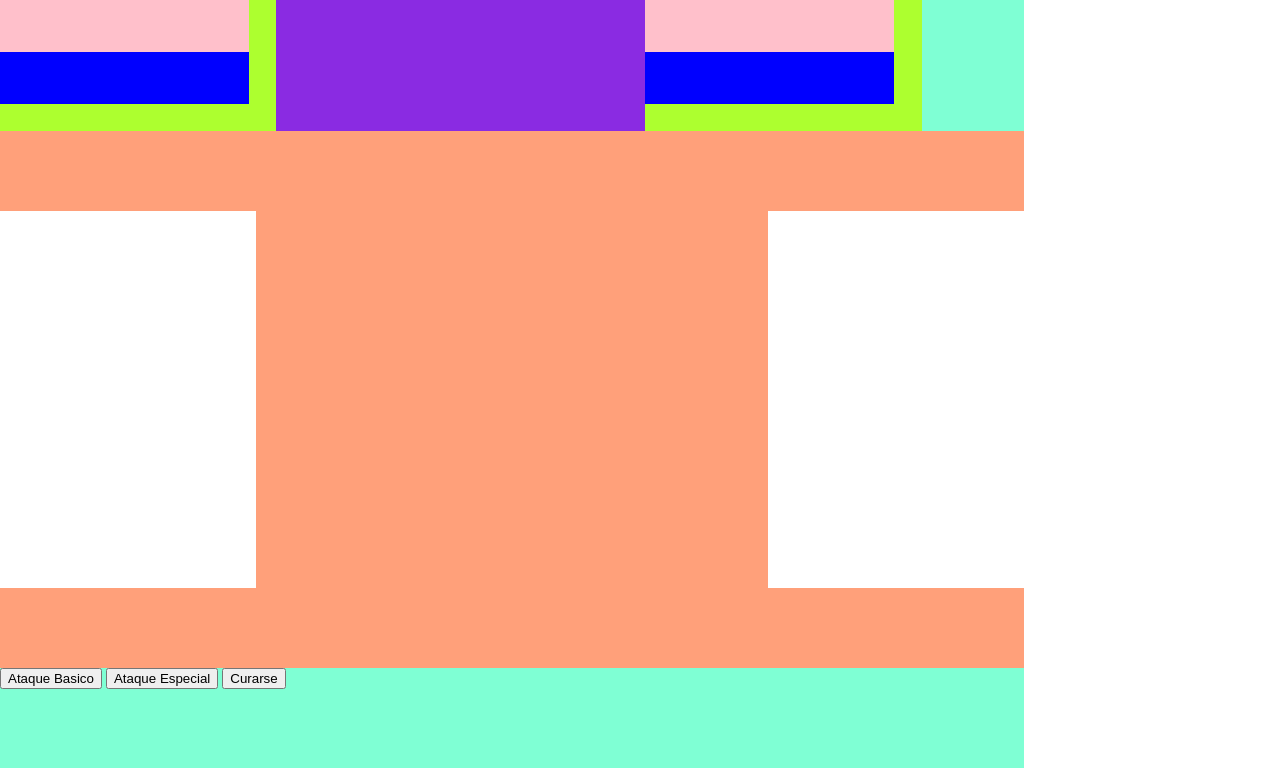
Repository: NovaDuel/novaduel-game
Page: index.html
These files come from the project's save history. The page is drawn as it stood at one moment and after the next save; the edit follows.
The browser window is 1280 px wide. The pictures show the whole page.

Above is the page before, as saved 2024-03-25 09:53:40.

### index.html
<!DOCTYPE html>
<html lang="en">
<head>
    <meta charset="UTF-8">
    <meta name="viewport" content="width=device-width, initial-scale=1.0">
    <link rel="stylesheet" href="style.css">
    <script src="main.js" defer></script>
    <title>NovaDuel</title>
</head>
<body>
    <div id="main-container">
        <div id="status">
            <div class="bars-wrapper">
                <div id="health-player" class="health"></div>
                <div id="stamina-player" class="stamina"></div>
            </div>
            <div class="bars-wrapper">
                <div id="health-enemy" class="health"></div>
                <div id="stamina-enemy" class="stamina"></div>
            </div>
        </div>
        <div id="characters">
            <div id="player" class="pj"></div>
            <div id="enemy" class="pj"></div>
        </div>
        <div id="actions">
            <div>
                <button>Ataque Basico</button>
                <button>Ataque Especial</button>
                <button>Curarse</button>
            </div>
        </div>
    </div>
</body>
</html>

### style.css
body {
    margin: 0;
    padding: 0;
}

#main-container {
    width: 1024px;
    height: 768px;
    background-color: aquamarine;;
}

#status {
    display: flex;
    justify-content: space-between;
    width: 90%;
    height: 17%;
    background-color:blueviolet
}

.bars-wrapper {
    width: 30%;
    height: 100%;
    background-color: greenyellow;
}

.health {
    width: 90%;
    height: 40%;
    background-color: pink;
}

.stamina {
    width: 90%;
    height: 40%;
    background-color: blue
}

#characters {
    display: flex;
    align-items: center;
    justify-content: space-between;
    width: 100%;
    height: 70%;
    background-color: lightsalmon;
}

.pj {
    height: 70%;
    width: 25%;
    background-color: white;
}

Loaded but not shown: main.js (no copy from this time; the picture is the same without it)

After the next save:
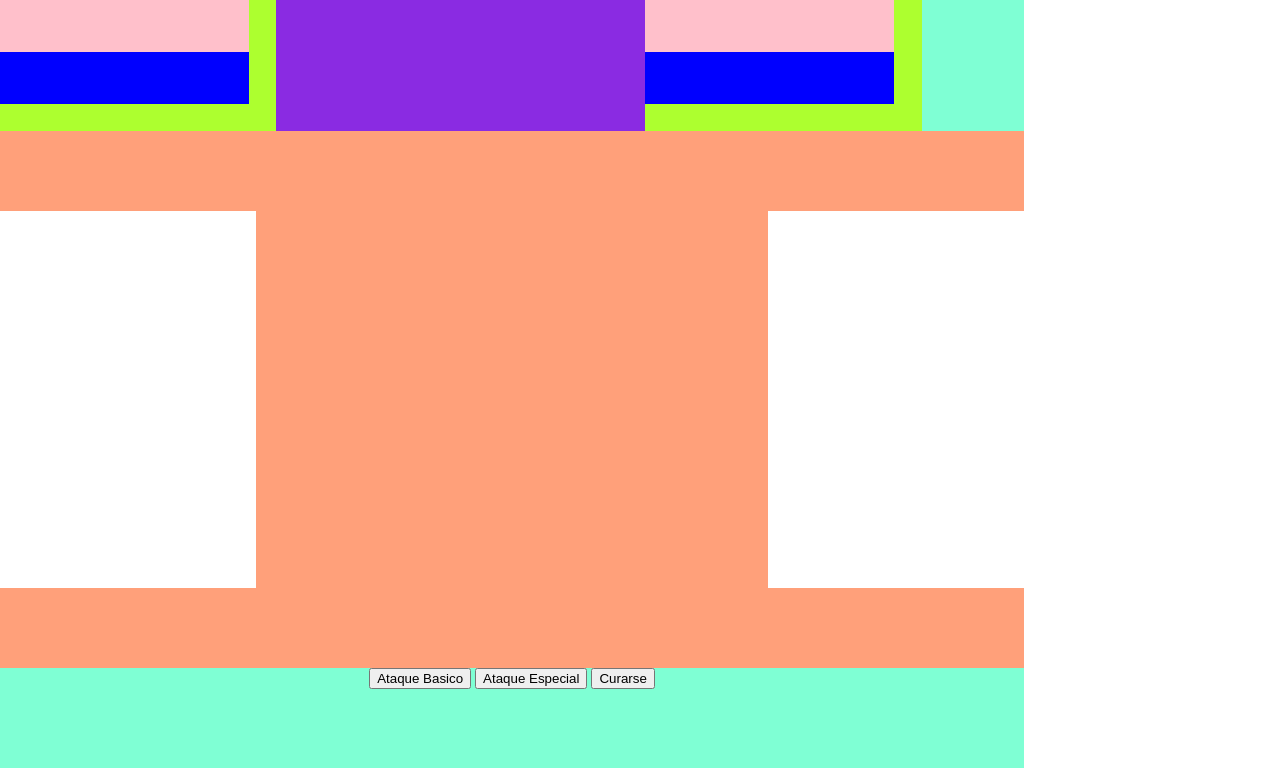
Saved 32 s later.
--- a/style.css
+++ b/style.css
@@ -49,3 +49,8 @@ body {
     width: 25%;
     background-color: white;
 }
+
+#actions {
+    display: flex;
+    justify-content: center;
+}
